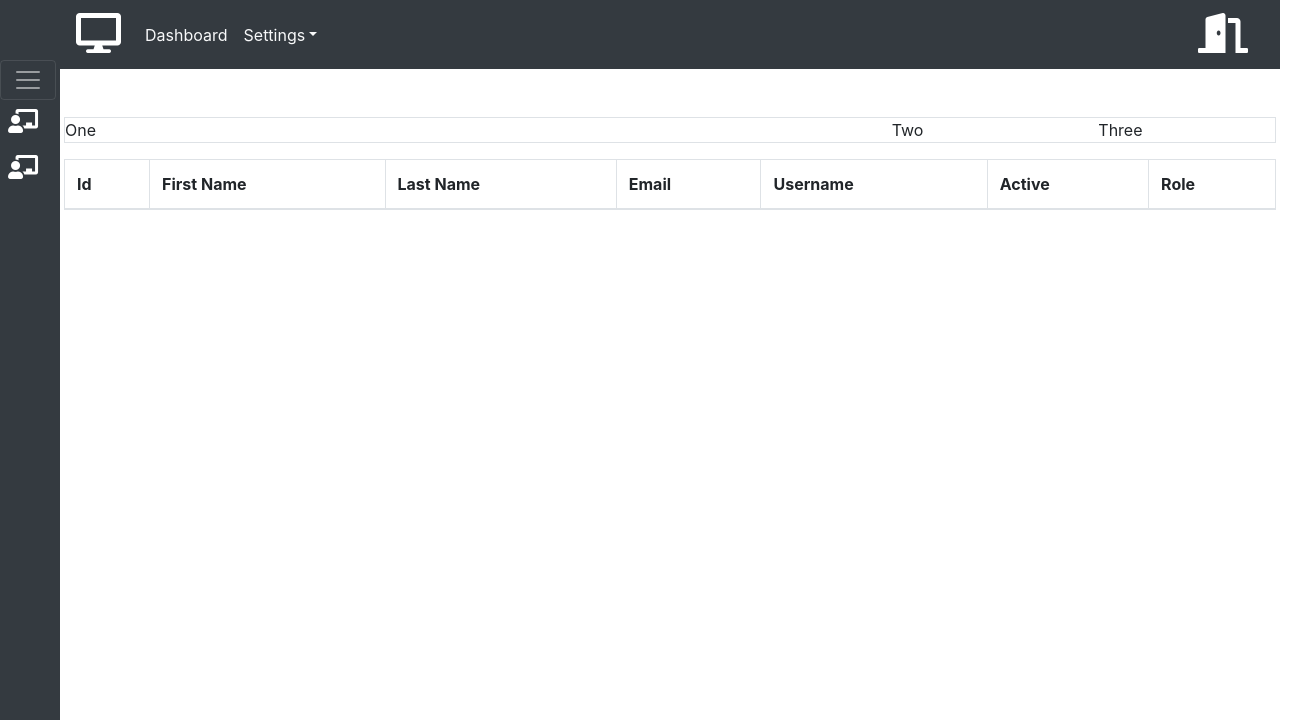
Repository: Pjosif/iDesk
Page: http://localhost/web/protected/userAdm.jsp
An editor plug-in stored every save of this project. The page is shown before and after the next save, followed by the edit.
The browser window is 1280 px wide. The page is 1290 px wide, so the pictures cover 1290 px, including what lies to the right of the window. The pictures show the whole page.
Some web libraries are served in a nearby version. The page is served by Tomcat 9. Nobody is signed in. The application's start-up code is not run. Other server files are loaded and not shown. The template is opened directly, without the code that normally fills it, so the values that code supplies are empty.

Above is the page before, as saved 2018-08-01 12:21:07.

### main/web/src/main/webapp/protected/userAdm.jsp
<%@ page language="java" contentType="text/html; charset=ISO-8859-1" pageEncoding="ISO-8859-1"%>
<!DOCTYPE html>
<%@ taglib uri="http://www.springframework.org/tags/form" prefix="form"%>
<%@ taglib uri="http://java.sun.com/jsp/jstl/core" prefix="c"%>
<html>
<head>
<meta charset="utf-8">
<meta name="viewport" content="width=device-width, initial-scale=1, shrink-to-fit=no">
<link href="../resources/css/bootstrap.css" rel="stylesheet">
<link rel="stylesheet" href="https://use.fontawesome.com/releases/v5.1.0/css/all.css" integrity="sha384-lKuwvrZot6UHsBSfcMvOkWwlCMgc0TaWr+30HWe3a4ltaBwTZhyTEggF5tJv8tbt" crossorigin="anonymous">
<link href="../resources/css/sidenav.css" rel="stylesheet">
<title>User Management</title>
</head>
<body>
	<jsp:include page="../master/sidenav.jsp" />
	<div id="main" class="main">
		<jsp:include page="../master/header.jsp" />
		<div class="border mt-5 mx-1">
			<div class="row">
				<div class="col-md-8">One</div>
				<div class="col-md-2">Two</div>
				<div class="col-md-2">Three</div>
			</div>
		</div>

		<div class="mt-3 mx-1">
			<table class="table table-bordered">
				<thead>
					<tr>
						<th scope="col">Id</th>
						<th scope="col">First Name</th>
						<th scope="col">Last Name</th>
						<th scope="col">Email</th>
						<th scope="col">Username</th>
						<th scope="col">Active</th>
						<th scope="col">Role</th>
					</tr>
				</thead>
				<c:forEach var="emp" items="${list}">
					<tr>
						<th scope="row">${emp.id}</th>
						<td>${emp.firstName}</td>
						<td>${emp.lastName}</td>
						<td>${emp.email}</td>
						<td>${emp.username}</td>
						<td>${emp.active}</td>
						<td>${emp.role.role}</td>
					</tr>
				</c:forEach>
			</table>
		</div>

	</div>
	<script src="https://code.jquery.com/jquery-3.3.1.slim.min.js" integrity="sha384-q8i/X+965DzO0rT7abK41JStQIAqVgRVzpbzo5smXKp4YfRvH+8abtTE1Pi6jizo" crossorigin="anonymous"></script>
	<script src="https://cdnjs.cloudflare.com/ajax/libs/popper.js/1.14.3/umd/popper.min.js" integrity="sha384-ZMP7rVo3mIykV+2+9J3UJ46jBk0WLaUAdn689aCwoqbBJiSnjAK/l8WvCWPIPm49" crossorigin="anonymous"></script>
	<script src="../resources/js/bootstrap.min.js"></script>
</body>
</html>

### main/web/src/main/webapp/master/sidenav.jsp
<div id=sideNav class=sidenav>
	<div class="navbar-dark">
		<button class="navbar-toggler" type="button" onclick="togleNav()">
			<span class="navbar-toggler-icon"></span>
		</button>
	</div>
	<ul>
		<li>
			<a href="#">
				<i class="fas fa-chalkboard-teacher"></i>Incident
			</a>
		</li>
		<li>
			<a href="#">
				<i class="fas fa-chalkboard-teacher"></i>Request
			</a>
		</li>

		<!-- 		<a href="#"><i class="fas fa-chalkboard-teacher"></i>MENU 3</a> -->
		<!-- 		<a href="#"><i class="fas fa-chalkboard-teacher"></i>MENU 4</a> -->
	</ul>
</div>
<script>
	function togleNav() {
		var navigator = document.getElementById("sideNav");
		if (navigator.style.width === "200px") {
			closeNav();
		} else {
			openNav();
		}
	}

	function openNav() {
		document.getElementById("sideNav").style.width = "200px";
		document.getElementById("main").style.marginLeft = "200px";
	}

	function closeNav() {
		document.getElementById("sideNav").style.width = "60px";
		document.getElementById("main").style.marginLeft = "60px";
	}
</script>

### main/web/src/main/webapp/master/header.jsp
<%@ taglib prefix="sec" uri="http://www.springframework.org/security/tags" %>
<nav class="navbar navbar-expand-sm navbar-dark bg-dark">
	<div>
		<a class="navbar-brand" href="home">
			<i class="fas fa-desktop fa-2x"></i>
		</a>
	</div>
	<button class="navbar-toggler" type="button" data-toggle="collapse" data-target="header" aria-controls="header" aria-expanded="false" aria-label="Toggle navigation">
		<span class="navbar-toggler-icon"></span>
	</button>
	<div class="collapse navbar-collapse" id="header">
		<ul class="navbar-nav mr-auto">
			<li class="nav-item">
				<a class="nav-link text-light" href="#">Dashboard</a>
			</li>
			<li class="nav-item dropdown">
				<a class="nav-link dropdown-toggle text-light" style="cursor:pointer" id="settings" data-toggle=dropdown aria-haspopup="true" aria-expanded="false">Settings</a>
				<div class="dropdown-menu" aria-labelledby="settings">
					<a class="dropdown-item" href="#">Configuration Item</a>
				</div>
			</li>
			<sec:authorize access="hasAuthority('ADMIN_PRIVILEGE')">
			<li class="nav-item dropdown">
				<a class="nav-link dropdown-toggle text-light" style="cursor: pointer" id="dropdown03" data-toggle="dropdown" aria-haspopup="true" aria-expanded="false">Administrator</a>
				<div class="dropdown-menu" aria-labelledby="dropdown03">
					<a class="dropdown-item" href="userlist">Users</a>
					<a class="dropdown-item" href="rolelist">Roles</a>
					<a class="dropdown-item" href="privlist">Privilege</a>
				</div>
			</li>
			</sec:authorize>
		</ul>
		<a class="navbar-brand" href="logout">
			<i class="fas fa-door-open fa-2x"></i>
		</a>
	</div>
</nav>

### main/web/src/main/webapp/resources/css/sidenav.css
.main {
	margin-left: 60px;
}

.sidenav {
    height: 100%;
    width: 60px;
    position: fixed;
    z-index: 1;
    top: 0;
    left: 0;
    background-color: #343a40;
    overflow-x: hidden;
    transition: 0.5s;
    padding-top: 60px;
}

.sidenav a {
	width:250px;
    padding: 8px 8px 8px 8px;
    text-decoration: none;
    font-size: 20px;
    color: #FFFFFF;
    display: block;
    transition: 0.3s;
}

.sidenav i {
	padding-right: 22px;
	font-size: 24px;
}

.sidenav ul {
	list-style-type: none;
	padding: 0;
}

.sidenav a:hover {
    color: #f1f1f1;
}

.sidenav .closebtn {
    position: absolute;
    top: 0;
    right: 25px;
    font-size: 36px;
    margin-left: 50px;
}

@media screen and (max-height: 450px) {
  .sidenav {padding-top: 15px;}
  .sidenav a {font-size: 18px;}
}

Loaded but not shown: main/web/src/main/webapp/resources/css/bootstrap.css (library); main/web/src/main/webapp/resources/js/bootstrap.min.js (library)

After the next save:
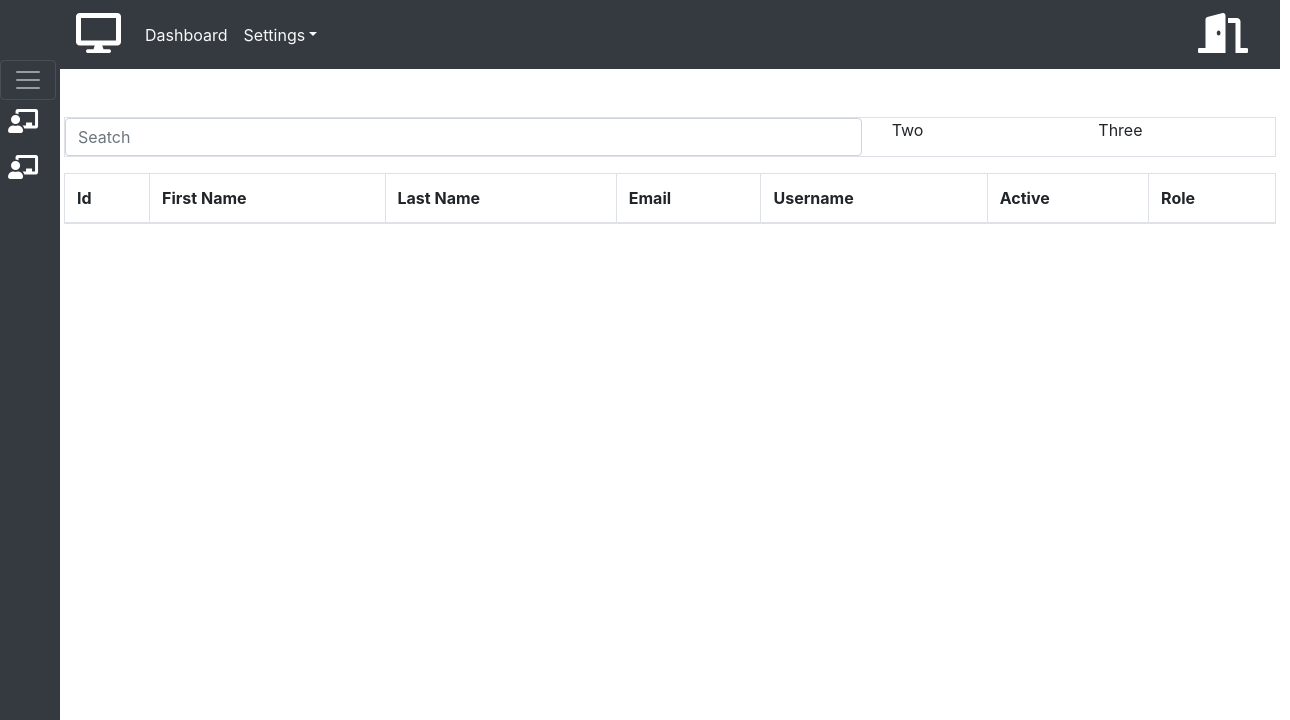
Saved 7 min 41 s later.
--- a/main/web/src/main/webapp/protected/userAdm.jsp
+++ b/main/web/src/main/webapp/protected/userAdm.jsp
@@ -17,7 +17,9 @@
 		<jsp:include page="../master/header.jsp" />
 		<div class="border mt-5 mx-1">
 			<div class="row">
-				<div class="col-md-8">One</div>
+				<div class="col-md-8">
+					<input type="text" class="form-control" placeholder="Seatch" aria-label="Search" aria-describedby="basic-addon1">
+				</div>
 				<div class="col-md-2">Two</div>
 				<div class="col-md-2">Three</div>
 			</div>
